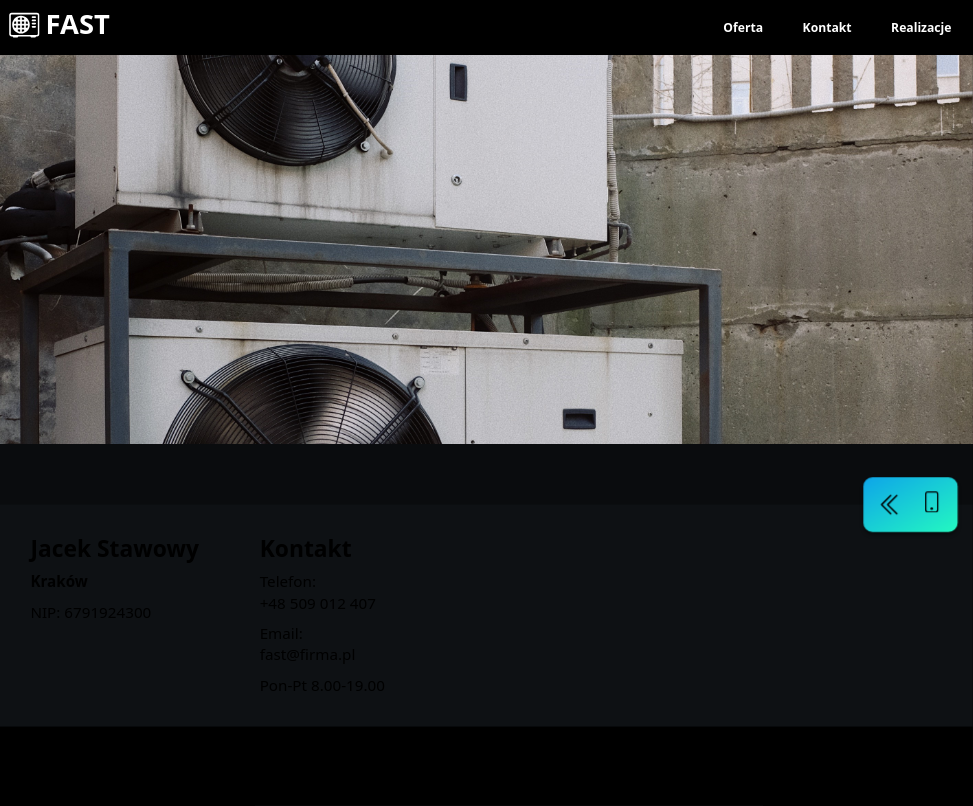
Repository: piotrokrutniak/Fast-CompanyWebsite
Page: /carousel
An editor plug-in stored every save of this project. The page is shown before and after the next save, followed by the edit.
The browser window is 1280 px wide. The pictures show the whole page, at 76% of full size.
The project was rebuilt for these pictures with package versions that can differ from the ones it lists, and the page was loaded fresh each time. The framework's server and built-in components were replaced by stand-ins that run in the browser. Also part of the build but not shown: next.config.js.

Above is the page before, as saved 2023-10-21 10:40:34.

After the next save:
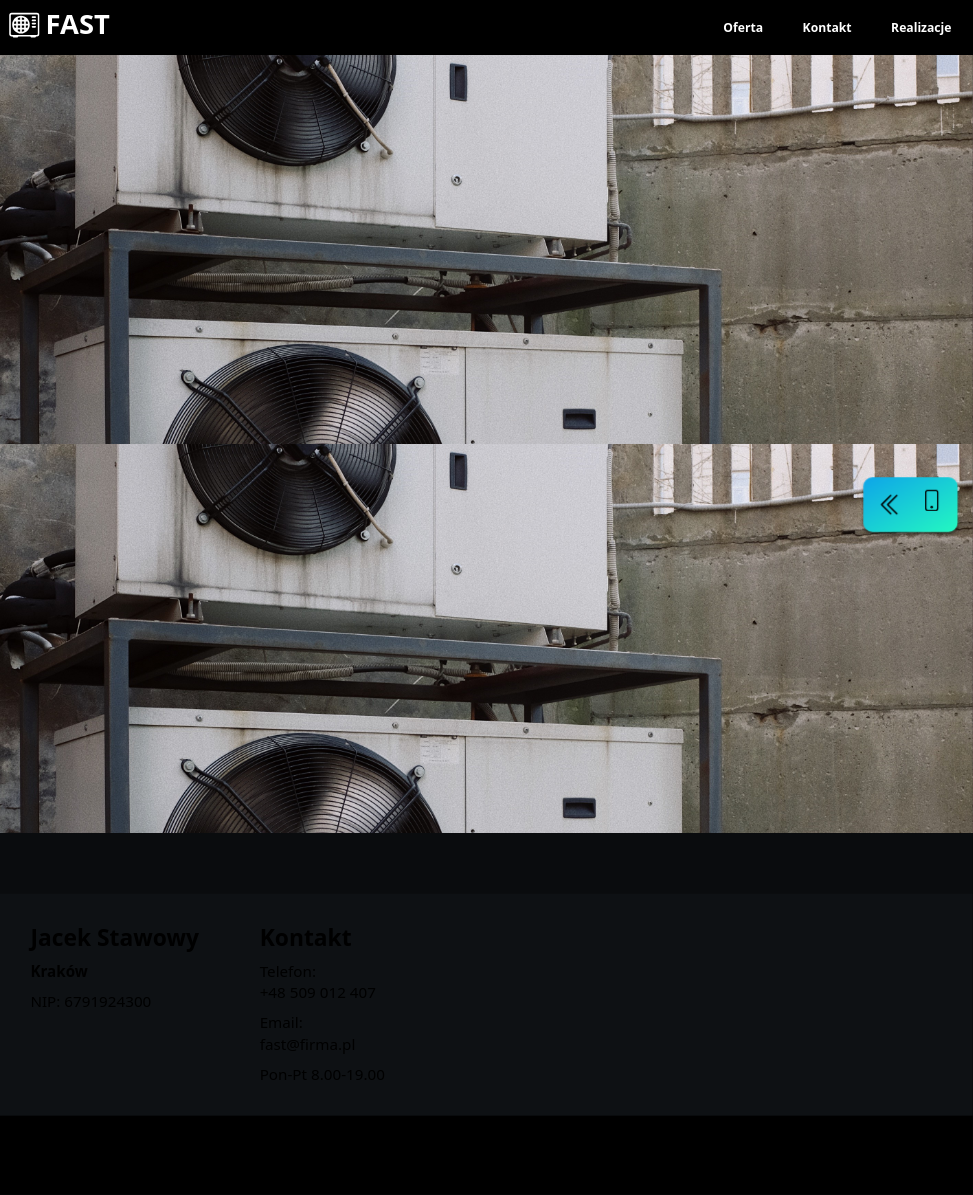
Saved 16 min 8 s later.
--- a/src/app/(pages)/carousel/page.js
+++ b/src/app/(pages)/carousel/page.js
@@ -7,9 +7,11 @@ import p3 from "../../../../public/img/heating-2.jpg"
 // import ac3 from "./media/img/heating-2.jpg"
 
 export default function CarouselPage(){
+    const slides = [p1, p2, p3]
+
     return(
+        <>
         <div className="w-full max-w-7xl relative mx-auto overflow-x-auto">
-
         <div className="relative w-full max-w-7xl h-128 flex overflow-visible -translate-x-[0%]">
             <div className="w-full h-full absolute">
                 <Image src={p1} layout='fill' objectFit='cover' className="h-full"/>
@@ -22,5 +24,19 @@ export default function CarouselPage(){
             </div>
         </div>
         </div>
+        <div className="w-full max-w-7xl relative mx-auto overflow-x-auto">
+        <div className="relative w-full max-w-7xl h-128 flex overflow-visible -translate-x-[0%]">
+            <div className="w-full h-full absolute">
+                <Image src={p1} layout='fill' objectFit='cover' className="h-full"/>
+            </div>
+            <div className="w-full h-full absolute left-[100%]">
+                <Image src={p2} layout='fill' objectFit='cover'/>
+            </div>
+            <div className="w-full h-full absolute left-[200%]">
+                <Image src={p3} layout='fill' objectFit='cover'/>
+            </div>
+        </div>
+        </div>
+        </>
     )
 }
